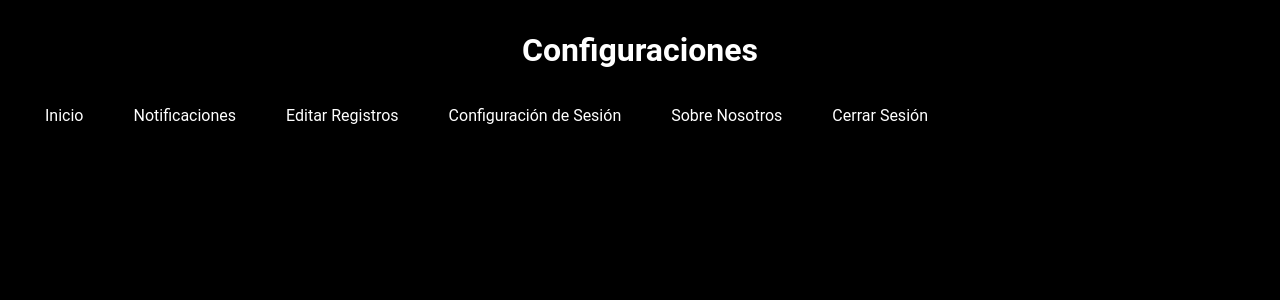
Repository: EddyWebz/updat
Page: privado/config.html
An editor plug-in stored every save of this project. The page is shown before and after the next save, followed by the edit.
The browser window is 1280 px wide. The pictures show the whole page.

Above is the page before, as saved 2024-09-15 13:53:53.

After the next save:
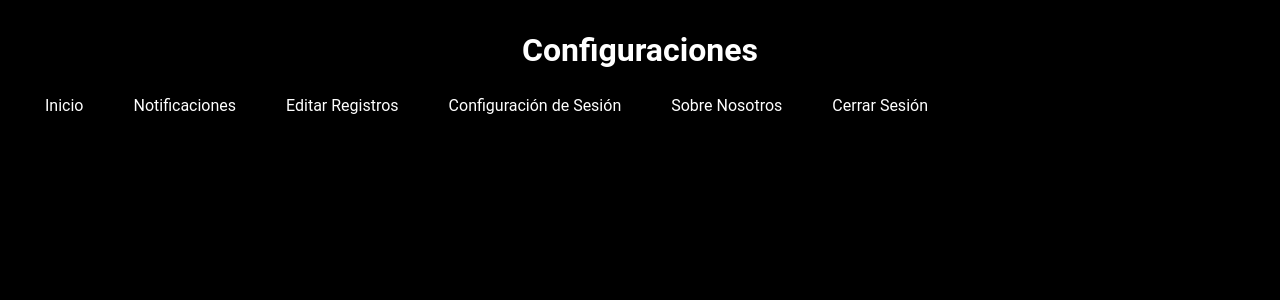
Saved 15 s later.
--- a/BASE-2/config.css
+++ b/BASE-2/config.css
@@ -139,7 +139,7 @@ header {
         border: none;
         display: inline-block;
         background-color: transparent;
-        margin-top: -45px; /* Sube los botones 5px */
+        margin-top: -55px; /* Sube los botones 5px */
     }
 
     .dropdown-content a:hover {
